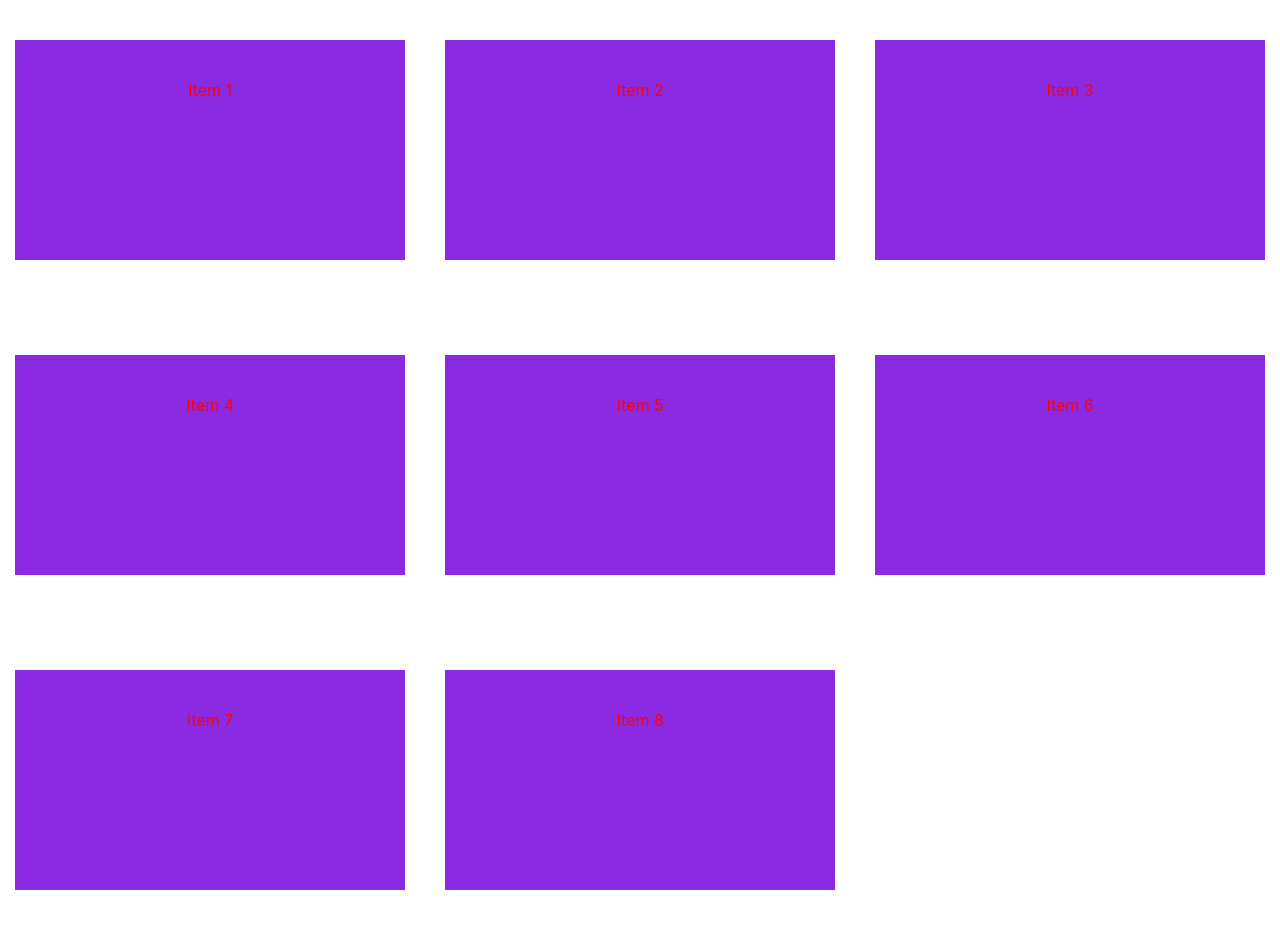
Repository: thai-shriya/anxiety-tracker
Page: /
An editor plug-in stored every save of this project. The page is shown before and after the next save, followed by the edit.
The browser window is 1280 px wide. The pictures show the whole page.
The project was rebuilt for these pictures with package versions that can differ from the ones it lists, and the page was loaded fresh each time.

Above is the page before, as saved 2024-04-22 15:13:52.

### src/App.js
import './App.css';

function App() {
  return (
    <div className='grid-container'>
      <div className='grid-item'><p>Item 1</p></div>
      <div className='grid-item'><p>Item 2</p></div>
      <div className='grid-item'><p>Item 3</p></div>
      <div className='grid-item'><p>Item 4</p></div>
      <div className='grid-item'><p>Item 5</p></div>
      <div className='grid-item'><p>Item 6</p></div>
      <div className='grid-item'><p>Item 7</p></div>
      <div className='grid-item'><p>Item 8</p></div>
    </div>

  );
}

export default App;

### src/App.css
.grid-container{
  display: grid;
  grid-template-columns: auto auto auto;
  grid-template-rows: auto;
  column-gap: 10px;
  row-gap: 15px;
}

.grid-item{
  padding: 10px;
  text-align: center;
  border: 1px red;
  background-color:blueviolet;
  margin: 40px 15px 40px 15px;
  height: 200px;
}

.grid-item p{
  color: red;
  margin-top: 30px;
}

Loaded but not shown: public/index.html (common file); src/index.js (common file); src/index.css (common file); src/reportWebVitals.js (common file)

After the next save:
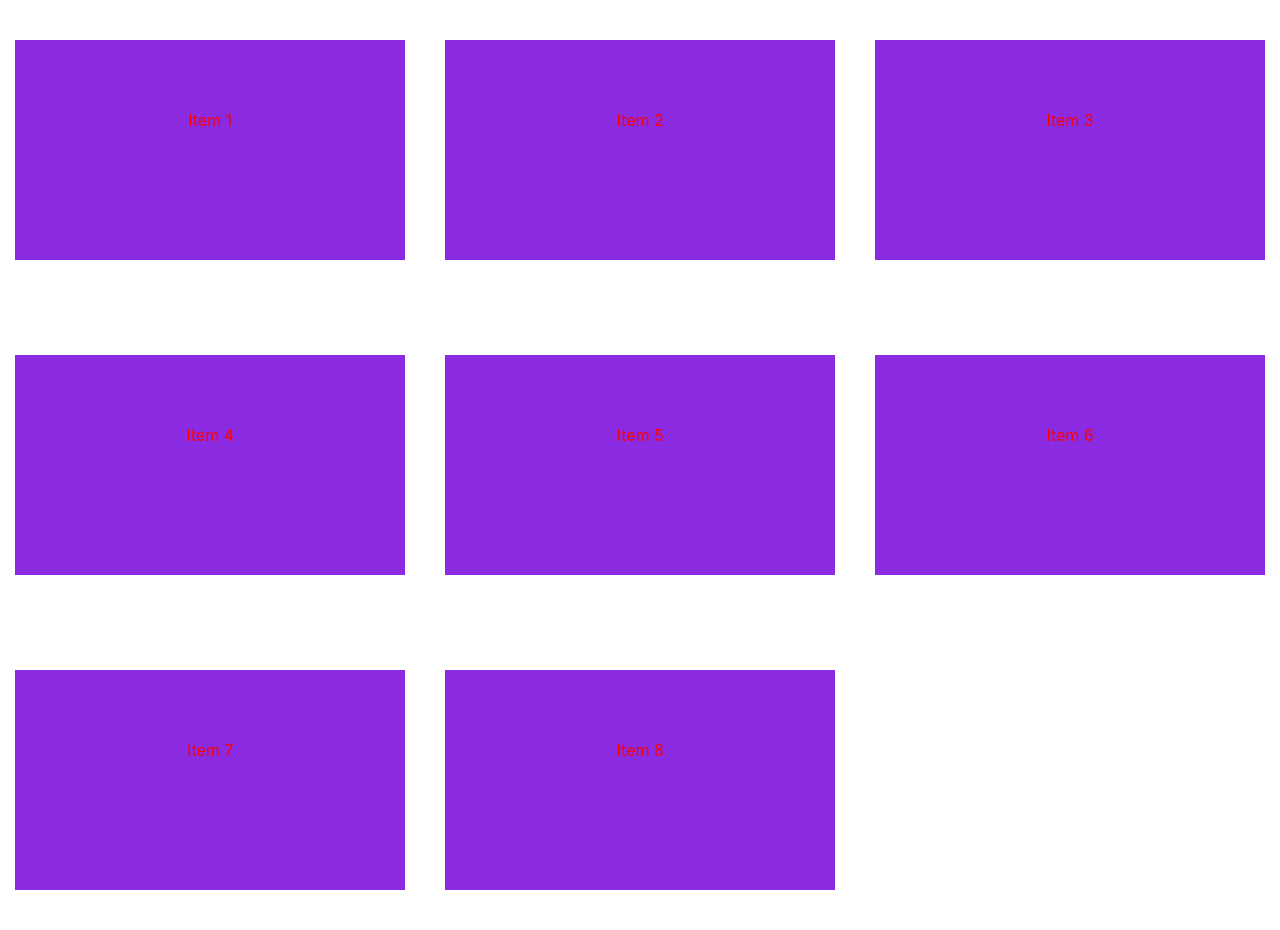
Saved 4 s later.
--- a/src/App.css
+++ b/src/App.css
@@ -17,5 +17,5 @@
 
 .grid-item p{
   color: red;
-  margin-top: 30px;
+  margin-top: 60px;
 }
